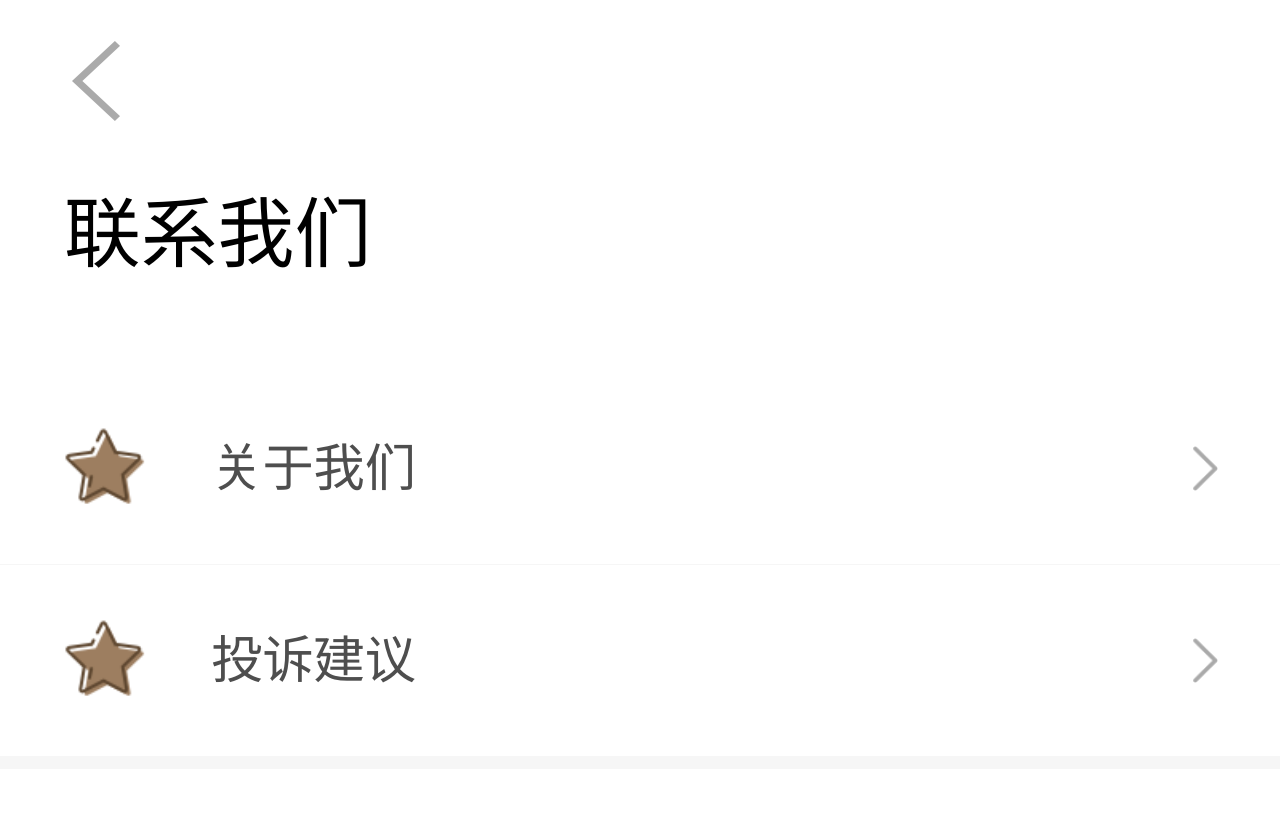
Repository: missing-star/rockBridge
Page: complaint-classify.html
An editor plug-in stored every save of this project. The page is shown before and after the next save, followed by the edit.
The browser window is 1280 px wide. The pictures show the whole page.

Above is the page before, as saved 2019-05-28 16:43:39.

After the next save:
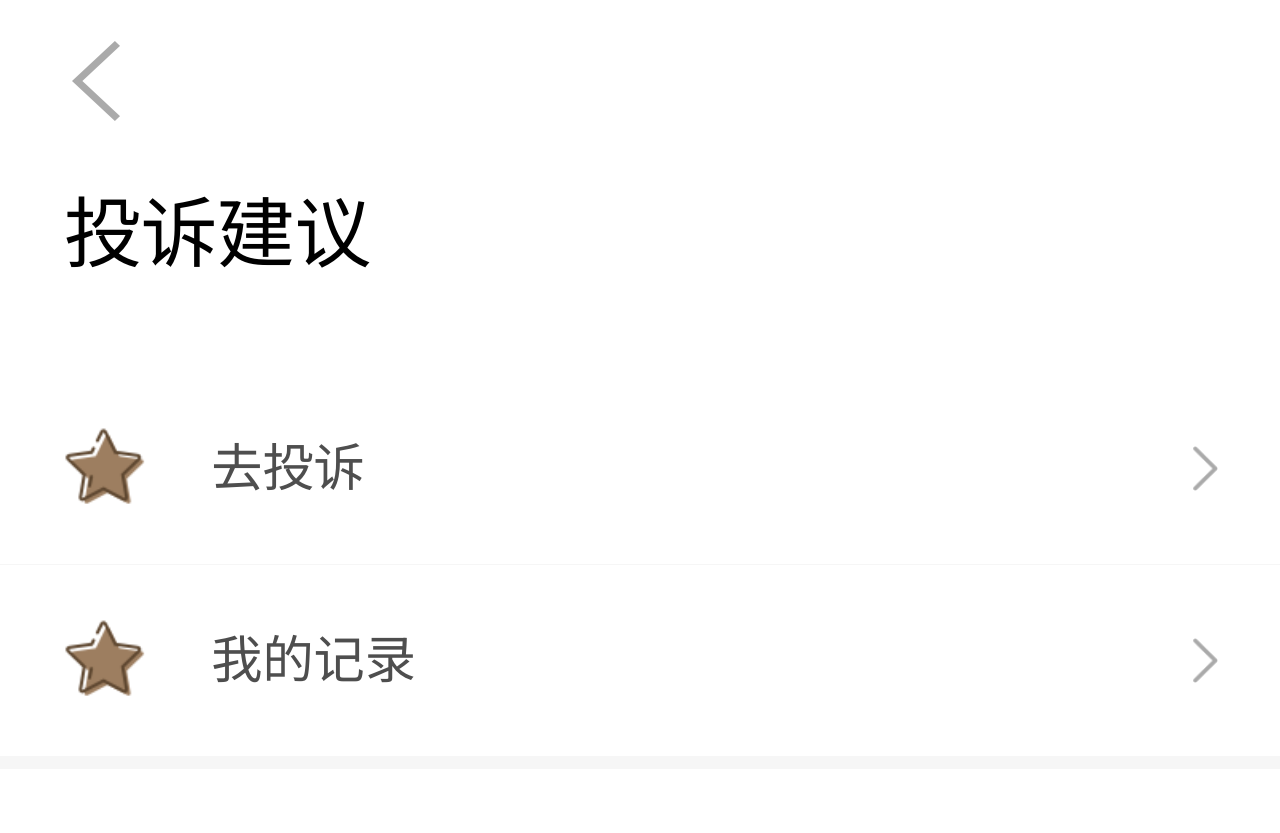
Saved 23 s later.
--- a/complaint-classify.html
+++ b/complaint-classify.html
@@ -26,17 +26,17 @@
         </header>
         <div class="mui-content">
             <header class="packet-title">
-                <p>联系我们</p>
+                <p>投诉建议</p>
             </header>
             <div class="main-content">
                 <ul class="operation-list">
                     <li class="operation-item" @click="enterItem('related-us.html')">
                         <img class="operation-item-icon" src="imgs/user-collection.png" />
-                        <p class="operation-item-name">关于我们</p>
+                        <p class="operation-item-name">去投诉</p>
                     </li>
                     <li class="operation-item" @click="enterItem('complaint.html')">
                         <img class="operation-item-icon" src="imgs/user-collection.png" />
-                        <p class="operation-item-name">投诉建议</p>
+                        <p class="operation-item-name">我的记录</p>
                     </li>
                 </ul>
             </div>
